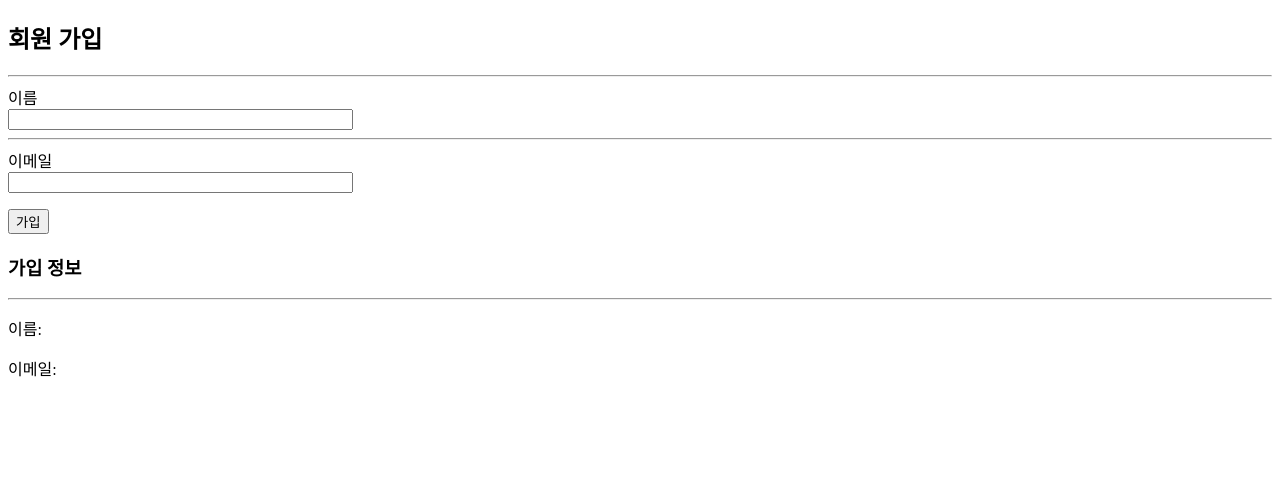
Repository: kiyongee2/kh-jsp
Page: http://localhost/jwbook/validation/joinForm.jsp
These files come from the project's save history. The page is drawn as it stood at one moment and after the next save; the edit follows.
The browser window is 1280 px wide. The pictures show the whole page.
The page is served by Tomcat 9. Other server files are loaded and not shown.

Above is the page before, as saved 2023-11-23 21:14:39.

### jwbook/src/main/webapp/validation/joinForm.jsp
<%@ page language="java" contentType="text/html; charset=UTF-8"
    pageEncoding="UTF-8"%>
<!DOCTYPE html>
<html>
<head>
<meta charset="UTF-8">
<title>Insert title here</title>
</head>
<body>
	<h2>회원 가입</h2>
	<hr>
	<div id="regform">
		<form action="" method="post" name="form1">
			<label>이름</label><br>
			<input type="text" name="name" size="40">
			<hr>
			<label>이메일</label><br>
			<input type="text" name="email" size="40">
			<p><button type="button" onclick="signUp()">가입</button>
		</form>
	</div>

	<div id="result">
		<h3>가입 정보</h3>
		<hr>
		<p>이름: <span id="rname"></span></p>
		<p>이메일: <span id="rmail"></span></p>
	</div>
	<!-- <script>
		document.getElementById('result').style.display = "none";
	</script> -->
</body>
</html>

After the next save:
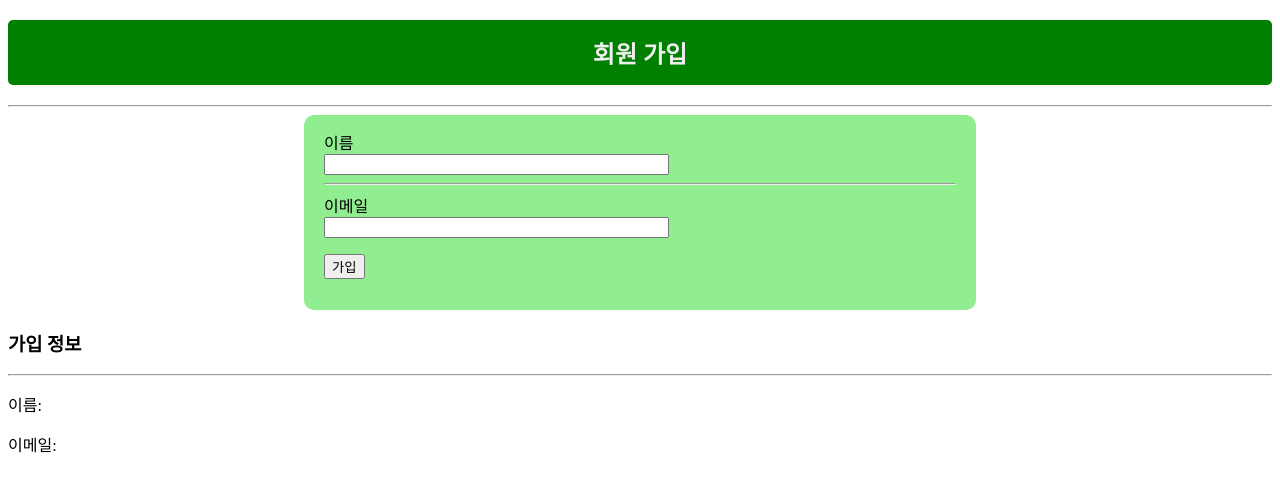
Saved 2 min 0 s later.
--- a/jwbook/src/main/webapp/validation/joinForm.jsp
+++ b/jwbook/src/main/webapp/validation/joinForm.jsp
@@ -5,6 +5,12 @@
 <head>
 <meta charset="UTF-8">
 <title>Insert title here</title>
+<style type="text/css">
+	h2{ background: green; text-align: center;
+	    border-radius: 5px; padding: 15px 0; color: #eee;}
+	#regform{ width: 50%; margin: 0 auto; background: lightgreen;
+	          padding: 15px 20px; border-radius: 10px;}
+</style>
 </head>
 <body>
 	<h2>회원 가입</h2>
